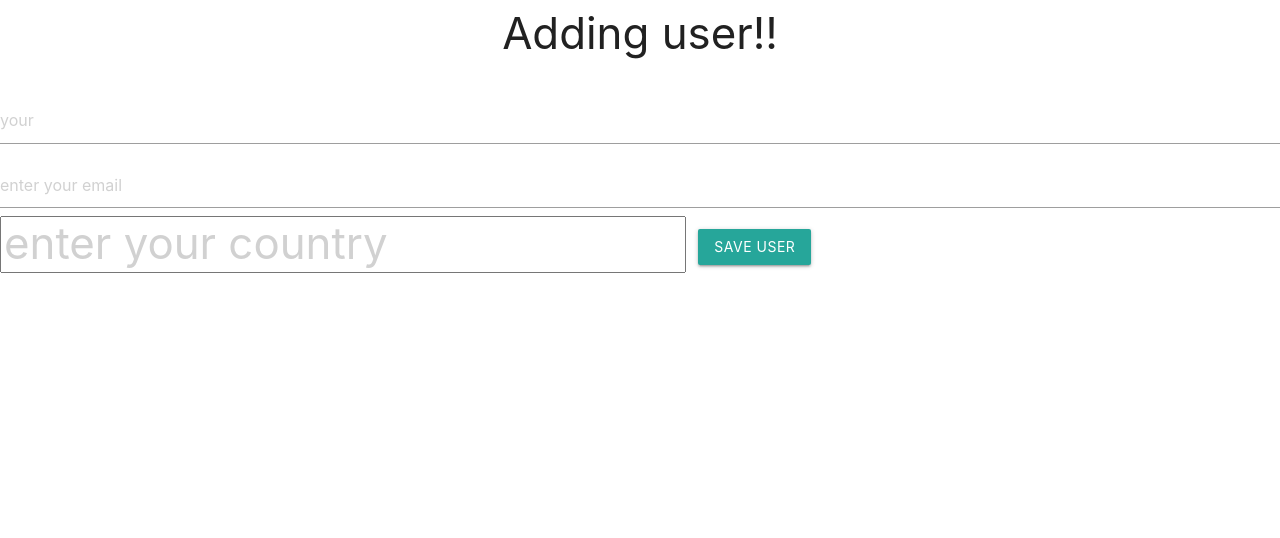
Repository: mubashirkhan1/Corejsvs__Programs
Page: basicprogram/TestWeb/WebContent/crud1.html
An editor plug-in stored every save of this project. The page is shown before and after the next save, followed by the edit.
The browser window is 1280 px wide. The pictures show the whole page.

Above is the page before, as saved 2021-03-11 00:25:13.

After the next save:
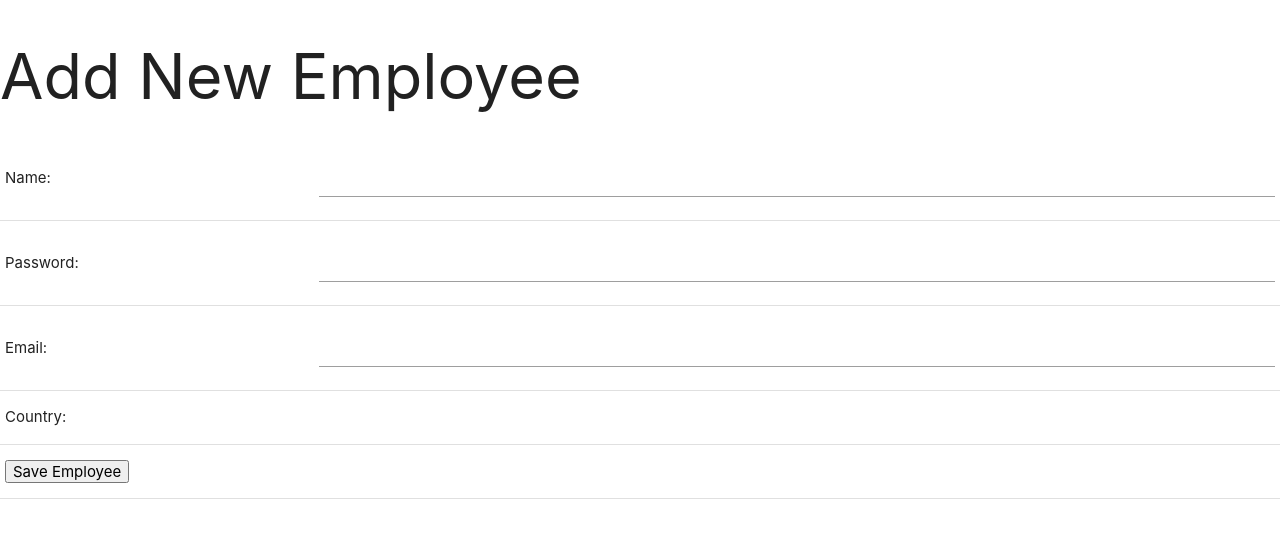
Saved 2 min 20 s later.
--- a/basicprogram/TestWeb/WebContent/crud1.html
+++ b/basicprogram/TestWeb/WebContent/crud1.html
@@ -17,14 +17,24 @@
 </head>
 <body>
 
-		<h3 style="margin-top:10px;" class ="center">Adding user!!<h3>
 
-			<form action=>
-				<input type="text" name="username" placeholder=your>
-					<input type="text" name="email" placeholder="enter your email">
-					<input type="country" name="useremail" placeholder="enter your country">
-						<button type="submit"  class="btn" > save user</button>
-					</form>
+<h1>Add New Employee</h1>
+<form action="SaveServlet" method="post">
+<table>
+<tr><td>Name:</td><td><input type="text" name="name"/></td></tr>
+<tr><td>Password:</td><td><input type="password" name="password"/></td></tr>
+<tr><td>Email:</td><td><input type="email" name="email"/></td></tr>
+<tr><td>Country:</td><td>
+<select name="country" style="width:150px">
+<option>India</option>
+<option>USA</option>
+<option>UK</option>
+<option>Other</option>
+</select>
+</td></tr>
+<tr><td colspan="2"><input type="submit" value="Save Employee"/></td></tr>
+</table>
+</form>
 
 </body>
 </html>
